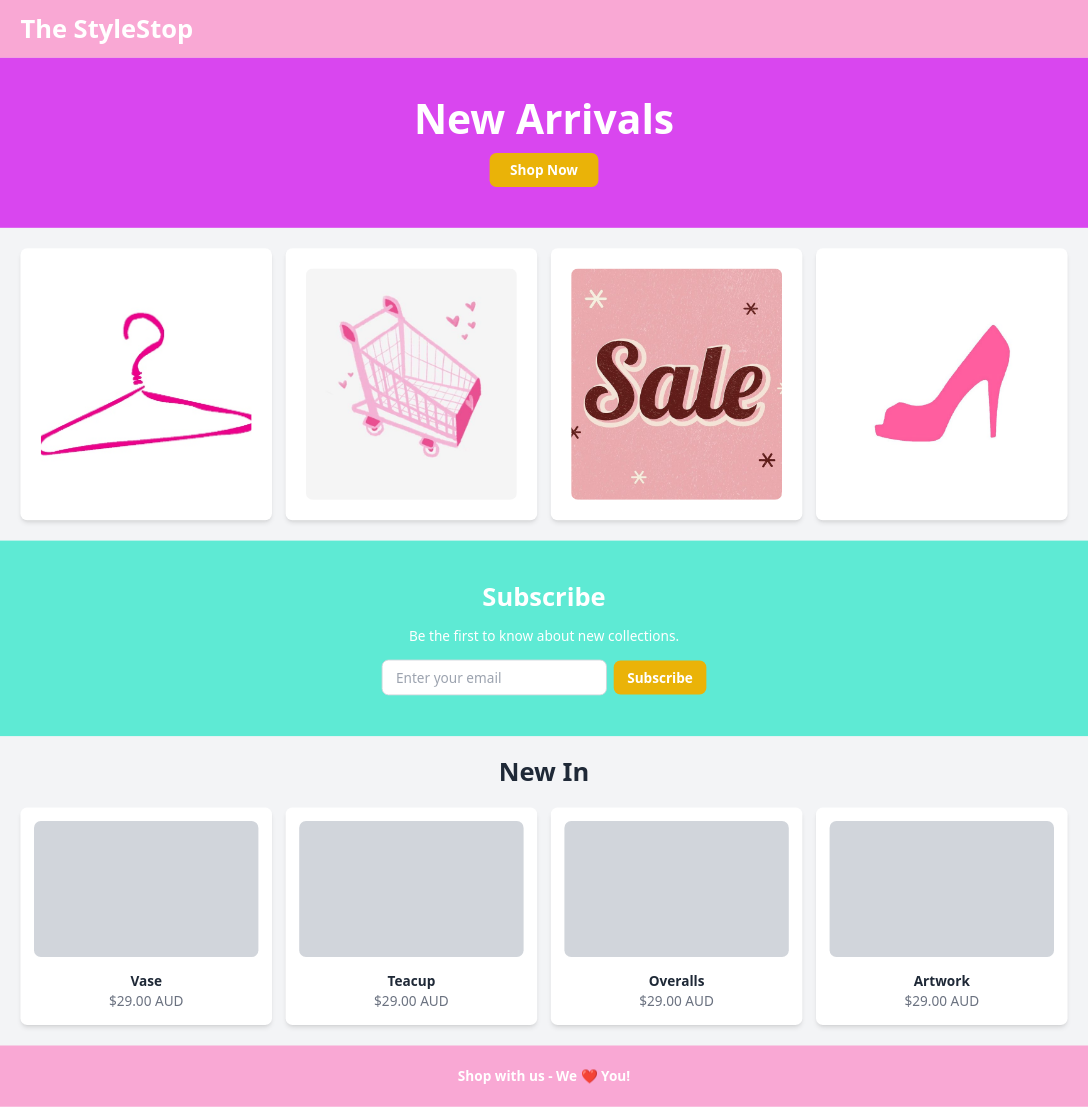
Repository: prathyushaa5/BuyYours
Page: / (app in Frontend/)
The author's editor kept a copy of each file at every save. The page is drawn from the files as they stood at one save, then again after the next save.
The browser window is 1280 px wide. The pictures show the whole page, at 85% of full size.
The project was rebuilt for these pictures with package versions that can differ from the ones it lists, and the page was loaded fresh each time. Also part of the build but not shown: Frontend/vite.config.js, Frontend/src/components/Login.jsx, Frontend/src/components/Signup.jsx, Frontend/src/components/Home.jsx.

Above is the page before, as saved 2025-02-13 17:41:43.

After the next save:
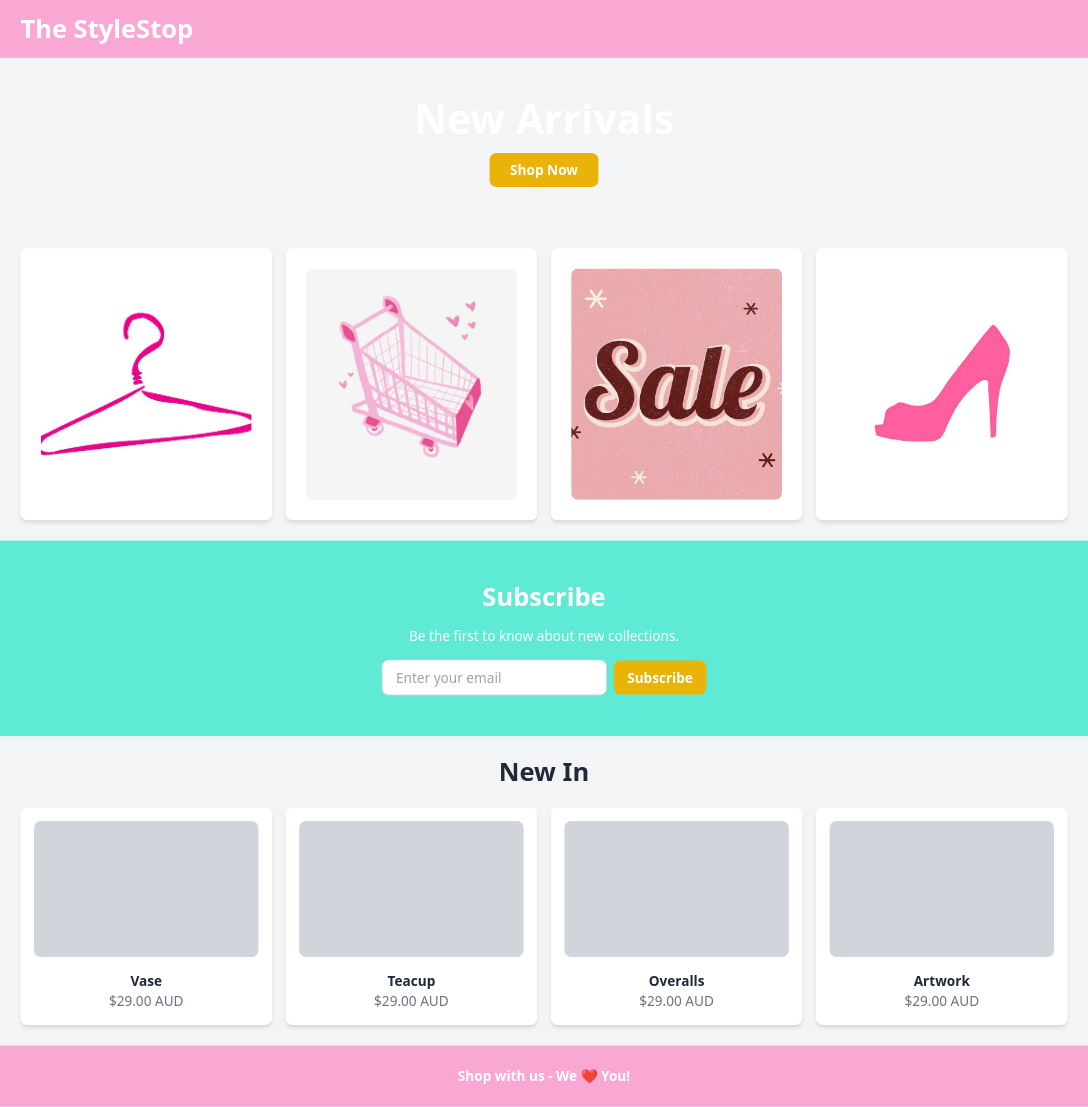
Saved 17 s later.
--- a/Frontend/src/components/Main.jsx
+++ b/Frontend/src/components/Main.jsx
@@ -13,7 +13,7 @@ export default function MainPage() {
       </nav>
 
       {/* Hero Section */}
-      <section className="flex flex-col items-center text-center py-12 bg-fuchsia-500">
+      <section className="flex flex-col items-center text-center py-12 bg-violet-600,">
         <h2 className="text-5xl font-extrabold text-white mb-4">New Arrivals</h2>
         <button className="bg-yellow-500 px-6 py-2 text-white font-bold rounded-lg hover:bg-yellow-600" onClick={()=>navigate("/login")}>Shop Now</button>
       </section>
